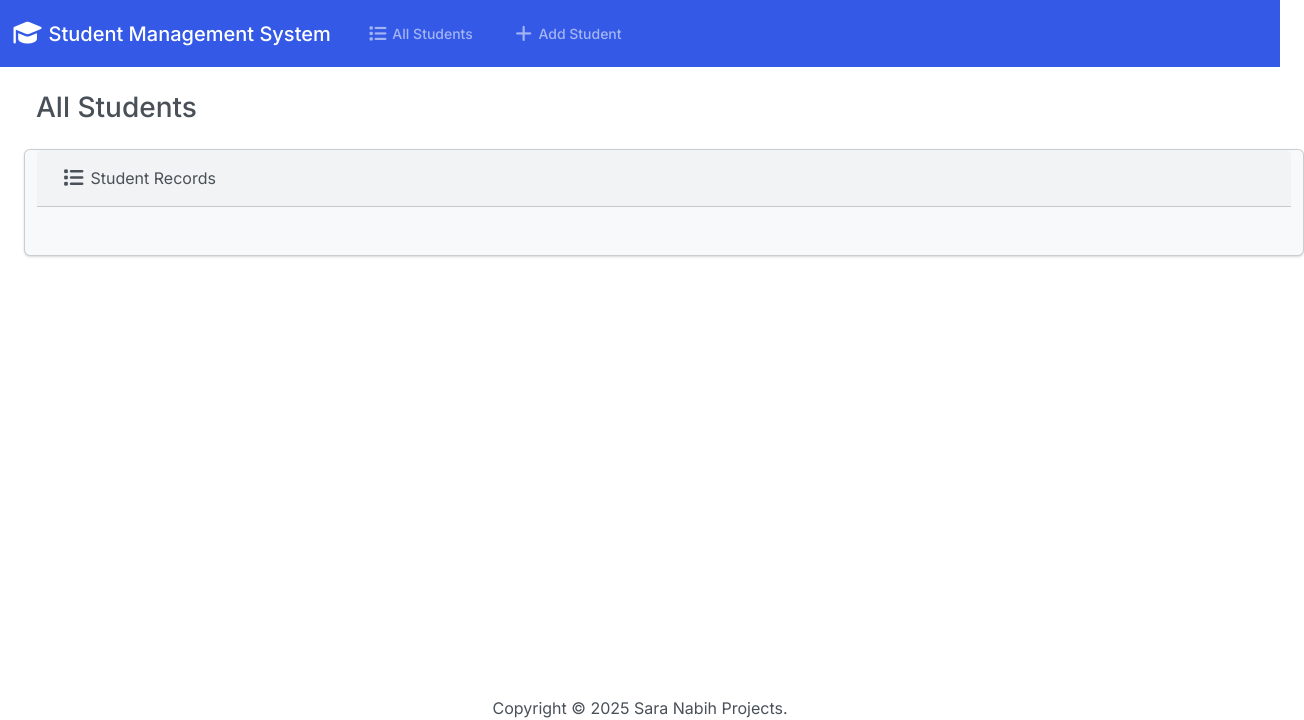
Repository: saraanbih/Student-Management-System
Page: http://localhost/
An editor plug-in stored every save of this project. The page is shown before and after a run of saves, followed by the edit.
The browser window is 1280 px wide. The page is 1304 px wide, so the pictures cover 1304 px, including what lies to the right of the window. The pictures show the whole page.
Some web libraries are served in a nearby version. The page is served by the project's application, run on Django 5.2 (manage.py). Other server files are loaded and not shown. The page reads the database file committed with the project.

Above is the page before, as saved 2025-09-11 16:10:06.

### students/templates/students/index.html
{% load static %}
<!DOCTYPE html>
<html lang="en">
  <head>
    <meta charset="UTF-8" />
    <meta name="viewport" content="width=device-width, initial-scale=1.0" />
    <title>Student Management System</title>
    <link rel="stylesheet" href="https://cdnjs.cloudflare.com/ajax/libs/font-awesome/7.0.1/css/all.min.css" />
    <link href="{% static 'css/bootstrap.min.css' %}" rel="stylesheet" />
  </head>
  <body class="d-flex flex-column min-vh-100">
    <nav class="navbar navbar-expand-lg bg-primary" data-bs-theme="dark">
      <div class="container-fluid">
        <a class="navbar-brand" href="#">
          <i class="fa-solid fa-graduation-cap fa-lg"></i> Student Management System
        </a>
        <button
          class="navbar-toggler"
          type="button"
          data-bs-toggle="collapse"
          data-bs-target="#navbarColor01"
          aria-controls="navbarColor01"
          aria-expanded="false"
          aria-label="Toggle navigation"
        >
          <span class="navbar-toggler-icon"></span>
        </button>
        <div class="collapse navbar-collapse" id="navbarColor01">
          <ul class="navbar-nav me-auto">
            <li class="nav-item">
              <a class="nav-link" href="#">
                <i class="fa-solid fa-list fa-lg"></i> All Students
              </a>
            </li>
            <li class="nav-item">
              <a class="nav-link" href="#">
                <i class="fa-solid fa-plus fa-lg"></i> Add Student
              </a>
            </li>
          </ul>
        </div>
      </div>
    </nav>

    <div class="container-fluid">
      <h3 class="m-4">All Students</h3>
      <div class="row">
        <div class="col-12">
          {% if students %}
          </div>
            <div class="card bg-light ms-4 me-4 mb-4">
              <div class="card-header">
                  <i class="fa-solid fa-list fa-lg"></i> Student Records
              </div>
              <div class="card-body">
                <p class="card-text">
                  <div class=""></div>
                </p>
              </div>
            </div>
          {% else %}
          <h5 class="card bg-light ms-4 me-4 mb-4">No Students Records</h5>
          {% endif %}
        </div>
      </div>
    </div>
    <footer class="mt-auto mp-4">
      <div class="text-center">
        <span>
          Copyright &copy; <script>document.write(new Date().getFullYear())</script> Sara Nabih Projects.
        </span>
      </div>

    </footer>
    <script
      src="https://cdn.jsdelivr.net/npm/bootstrap@5.3.8/dist/js/bootstrap.bundle.min.js"
      integrity="sha384-FKyoEForCGlyvwx9Hj09JcYn3nv7wiPVlz7YYwJrWVcXK/BmnVDxM+D2scQbITxI"
      crossorigin="anonymous"
    ></script>
  </body>
</html>

### students/models.py
from django.db import models

# Create your models here.

class Student(models.Model):
  student_number = models.PositiveBigIntegerField
  first_name = models.CharField(max_length=50)
  last_name = models.CharField(max_length=50)
  email = models.EmailField(max_length=100)
  field_of_study = models.CharField(max_length=50)
  gpa = models.FloatField()

  def __str__(self):
    return f"{self.first_name} {self.last_name}"

### students/views.py
from django.shortcuts import render
from .models import Student

# Create your views here.
def index(request):
  return render(request, 'students/index.html', {
    'students': Student.objects.all()
  })

### django_project/urls.py
"""
URL configuration for django_project project.

The `urlpatterns` list routes URLs to views. For more information please see:
    https://docs.djangoproject.com/en/5.2/topics/http/urls/
Examples:
Function views
    1. Add an import:  from my_app import views
    2. Add a URL to urlpatterns:  path('', views.home, name='home')
Class-based views
    1. Add an import:  from other_app.views import Home
    2. Add a URL to urlpatterns:  path('', Home.as_view(), name='home')
Including another URLconf
    1. Import the include() function: from django.urls import include, path
    2. Add a URL to urlpatterns:  path('blog/', include('blog.urls'))
"""
from django.contrib import admin
from django.urls import path, include

urlpatterns = [
    path('admin/', admin.site.urls),
    path('', include('students.urls')),
]

### students/urls.py
from django.urls import path
from . import views

urlpatterns = [
  path('', views.index, name='index'),

]

### db.sqlite3 (the tables this page reads, as SQL)
CREATE TABLE "students_student" ("id" integer NOT NULL PRIMARY KEY AUTOINCREMENT, "first_name" varchar(50) NOT NULL, "last_name" varchar(50) NOT NULL, "email" varchar(100) NOT NULL, "field_of_study" varchar(50) NOT NULL, "gpa" real NOT NULL, "student_number" bigint unsigned NOT NULL CHECK ("student_number" >= 0));
INSERT INTO "students_student" VALUES
(4, 'Sara', 'Nabih', 'nabihsara8@gmail.com', 'Computer Science', 3.8, 400),
(6, 'Mahmoud', 'Ali', 'mahmoud32@gmail.com', 'Engineer', 3.09, 7),
(7, 'Omar', 'Ahmed', 'omar@gmail.com', 'Network', 3.08, 42),
(8, 'Hazem', 'Ali', 'hazem.ali@gmail.com', 'Backend', 3.0, 23);

Loaded but not shown: students/static/css/bootstrap.min.css (library)

After the next 2 saves:
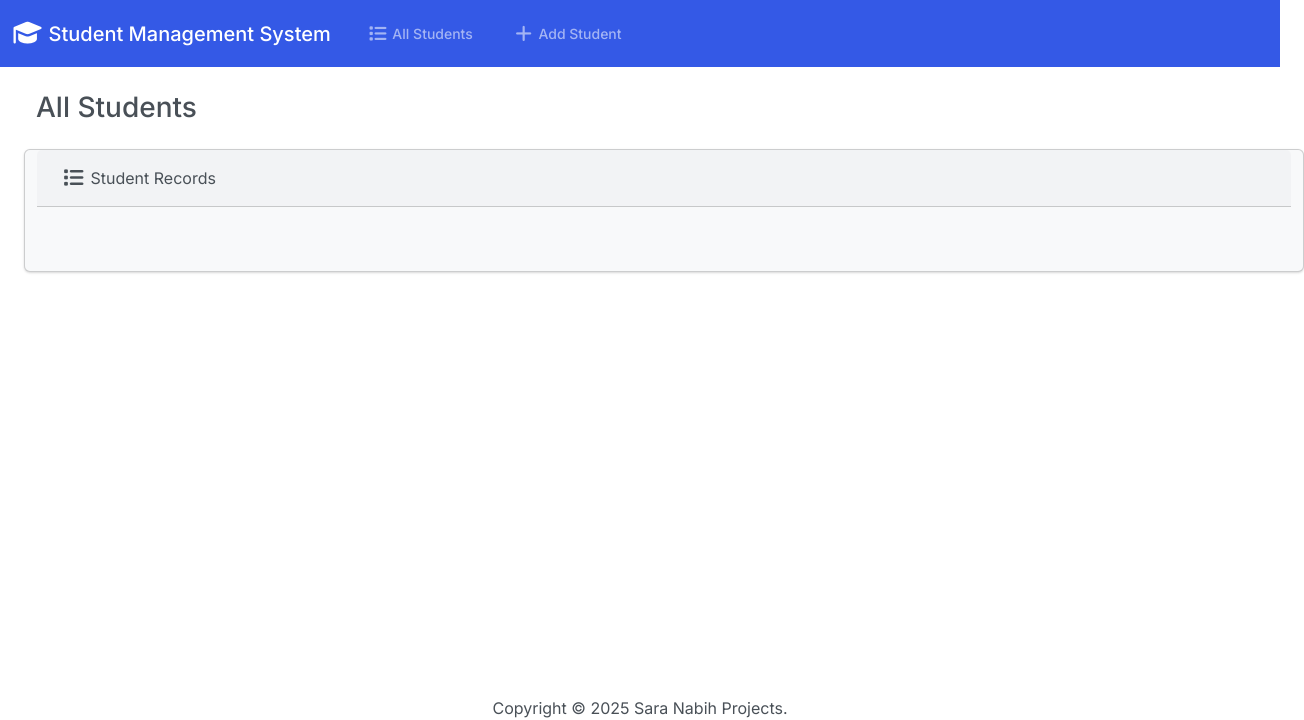
The 2 saves are shown as one change because they came seconds apart.
The last was saved 12 s later.
--- a/students/templates/students/index.html
+++ b/students/templates/students/index.html
@@ -54,7 +54,7 @@
               </div>
               <div class="card-body">
                 <p class="card-text">
-                  <div class=""></div>
+                  <div class="table-responsive"></div>
                 </p>
               </div>
             </div>
